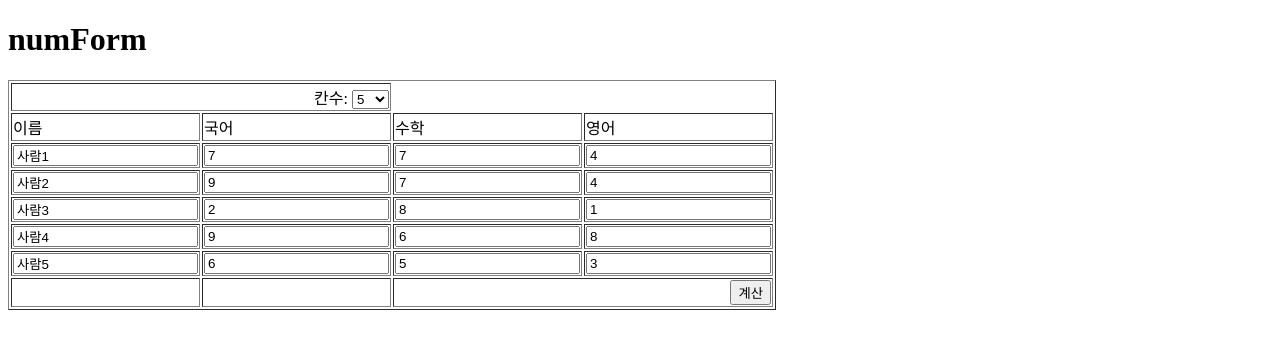
Repository: Jamikidu/newJsp
Page: http://localhost/jspProj/request/numForm.jsp
These files come from the project's save history. The page is drawn as it stood at one moment and after the next save; the edit follows.
The browser window is 1280 px wide. The pictures show the whole page.
The page is served by Tomcat 9. Other server files are loaded and not shown.

Above is the page before, as saved 2023-07-27 09:30:57.

### jspProj/src/main/webapp/request/numForm.jsp
<%@ page language="java" contentType="text/html; charset=UTF-8"
    pageEncoding="UTF-8"%>
<%
	int cnt = 5;
	if(request.getParameter("cnt") != null){
		cnt = Integer.parseInt(request.getParameter("cnt"));
	}

%>
<!DOCTYPE html>
<html>
<head>
<meta charset="UTF-8">
<title>numForm</title>
<script type="text/javascript">
	function cntChange(){

		qwer.action="?"
		qwer.submit()
	}
</script>
</head>
<body>
<h1>numForm</h1>
<form action="numReg.jsp" name="qwer">
	<table border="">
		<tr>
			<td colspan="2" align="right">
			칸수:
				<select name="cnt" id="" onchange="cntChange()">
				<% for(int i=5; i<=30; i+=5){
				   String sel ="";

				   if(i == cnt){
					   sel = "selected";
				   }
				%>
					<option <%=sel%>><%=i %></option>
				<% } %>
				</select>
			</td>

		</tr>
		<tr>
			<td>이름</td>
			<td>국어</td>
			<td>수학</td>
			<td>영어</td>
		</tr>
		<tr>
		 <% for(int i=0;i<cnt;i++){ %>
			<td><input type="text" name="per" value="사람<%=i+1 %>"/></td>
			<td><input type="text" name="kor" value="<%=(int)(Math.random()*9)+1 %>" /></td>
			<td><input type="text" name="eng" value="<%=(int)(Math.random()*9)+1 %>" /></td>
			<td><input type="text" name="meth" value="<%=(int)(Math.random()*9)+1 %>" /></td>
		</tr>
		<% } %>
		<tr>
			<td></td>
			<td></td>
			<td colspan="2" align="right">
				<input type="submit" value="계산" />
			</td>
		</tr>
	</table>
</form>

</body>
</html>

After the next save:
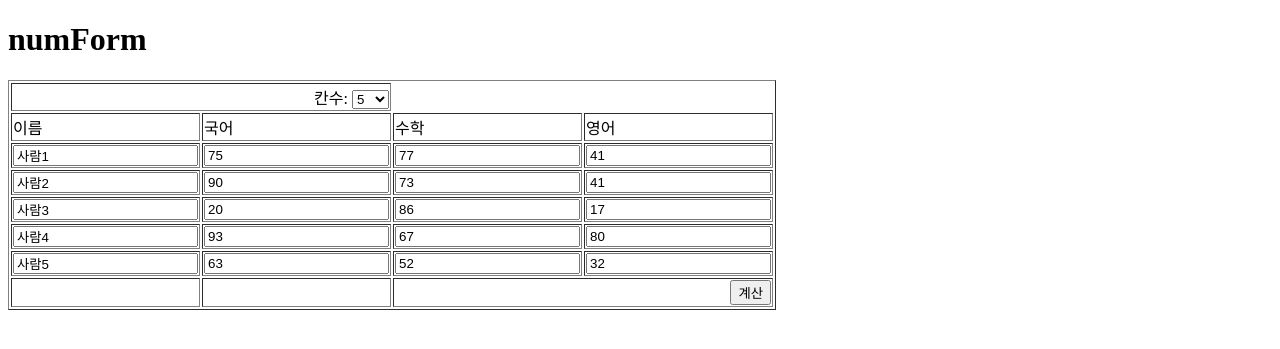
Saved 20 s later.
--- a/jspProj/src/main/webapp/request/numForm.jsp
+++ b/jspProj/src/main/webapp/request/numForm.jsp
@@ -50,9 +50,9 @@
 		<tr>
 		 <% for(int i=0;i<cnt;i++){ %>
 			<td><input type="text" name="per" value="사람<%=i+1 %>"/></td>
-			<td><input type="text" name="kor" value="<%=(int)(Math.random()*9)+1 %>" /></td>
-			<td><input type="text" name="eng" value="<%=(int)(Math.random()*9)+1 %>" /></td>
-			<td><input type="text" name="meth" value="<%=(int)(Math.random()*9)+1 %>" /></td>
+			<td><input type="text" name="kor" value="<%=(int)(Math.random()*90)+10 %>" /></td>
+			<td><input type="text" name="eng" value="<%=(int)(Math.random()*90)+10 %>" /></td>
+			<td><input type="text" name="meth" value="<%=(int)(Math.random()*90)+10 %>" /></td>
 		</tr>
 		<% } %>
 		<tr>
